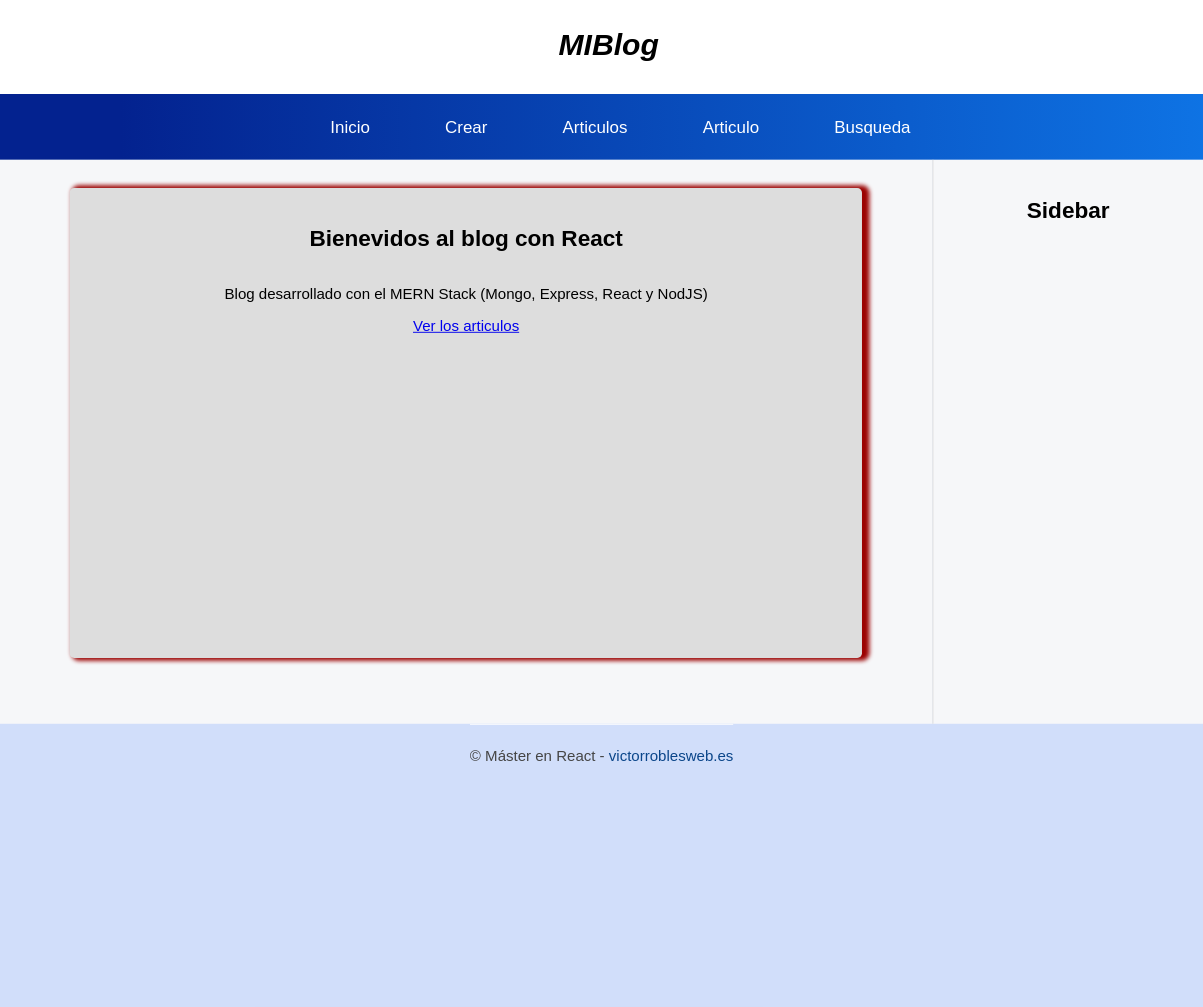
Repository: DamianBermudez94/frondEnd-blog
Page: /
The author's editor kept a copy of each file at every save. The page is drawn from the files as they stood at one save, then again after the next save.
The browser window is 1280 px wide. The pictures show the whole page, at 94% of full size.
The project was rebuilt for these pictures with package versions that can differ from the ones it lists, and the page was loaded fresh each time. Also part of the build but not shown: vite.config.js, src/components/pages/Busqueda.jsx, src/components/pages/Crear.jsx, src/components/pages/Articulos.jsx, src/components/pages/Articulo.jsx.

Above is the page before, as saved 2023-08-07 23:00:44.

### index.html
<!doctype html>
<html lang="es">
  <head>
    <meta charset="UTF-8" />
    <link rel="icon" type="image/svg+xml" href="/vite.svg" />
    <meta name="viewport" content="width=device-width, initial-scale=1.0" />
    <title>Proyecto-blog</title>
  </head>
  <body>
    <div id="root"></div>
    <script type="module" src="/src/main.jsx"></script>
  </body>
</html>

### src/main.jsx

import ReactDOM from 'react-dom/client'
import App from './App.jsx'
import './index.css'

ReactDOM.createRoot(document.getElementById('root')).render(

    <App />

)

### src/App.jsx
import { Rutas } from "./router/rutas"



function App() {


  return (
    <div className="layout">
      <Rutas></Rutas>
    </div>
  )
}

export default App

### src/index.css
/*:root {
  font-family: Inter, system-ui, Avenir, Helvetica, Arial, sans-serif;
  line-height: 1.5;
  font-weight: 400;

  color-scheme: light dark;
  color: rgba(255, 255, 255, 0.87);
  background-color: #242424;

  font-synthesis: none;
  text-rendering: optimizeLegibility;
  -webkit-font-smoothing: antialiased;
  -moz-osx-font-smoothing: grayscale;
  -webkit-text-size-adjust: 100%;
}

a {
  font-weight: 500;
  color: #646cff;
  text-decoration: inherit;
}
a:hover {
  color: #535bf2;
}

body {
  margin: 0;
  display: flex;
  place-items: center;
  min-width: 320px;
  min-height: 100vh;
}

h1 {
  font-size: 3.2em;
  line-height: 1.1;
}

button {
  border-radius: 8px;
  border: 1px solid transparent;
  padding: 0.6em 1.2em;
  font-size: 1em;
  font-weight: 500;
  font-family: inherit;
  background-color: #1a1a1a;
  cursor: pointer;
  transition: border-color 0.25s;
}
button:hover {
  border-color: #000bdb;
}
button:focus,
button:focus-visible {
  outline: 4px auto -webkit-focus-ring-color;
}

@media (prefers-color-scheme: light) {
  :root {
    color: #213547;
    background-color: #ffffff;
  }
  a:hover {
    color: #000dff;
  }
  button {
    background-color: #f9f9f9;
  }
}*/


/*ESTILOS GENERALES*/

body{
  background: #d1defa;
  font-family: sans-serif, Arial, Helvetica;
  text-align: center;
  padding: 0px;
  margin: 0px;
  box-sizing: border-box;

}

.layout{
  display: grid;
  grid-template-areas:
      "header header header header"
      "nav nav nav nav"
      "content content content lateral"
      "footer footer footer footer"
  ;
  grid-template-rows: 100px 70px auto 70px;
}

/*ESTILOS CABECERA*/

.header{
  grid-area: header;
  width: 100%;
  background: white;
  text-align: left;
  font-style: italic;

  display: flex;
  justify-content: center;
}



.header h1{
  margin-left: 15px;
  margin-top: 30px;
}

/*ESTILOS DE LA BARRA DE NAVEGACIÓN*/

.nav{
  grid-area: nav;
  background: linear-gradient(90deg, #03228f 10%, #0e73e4 100%);
}

.nav > ul {
  display: flex;
  justify-content: center;
  align-items: center;
  list-style: none;
}

.nav li{
  padding: 10px;
}

.nav a {
  display: block;
  margin-left: 30px;
  margin-right: 30px;
  font-size: 18px;
  font-weight: lighter;
  color: white;
  text-decoration: none;
  transition: all 300ms;
}

.nav a:hover{
  transform: scale(1.1, 1.1);
}

/*ESTILOS PARA EL CONTENIDO PRINCIPAL*/

.content{
  height: 600px;
  grid-area: content;
  background: #f6f7f9;
  display: flex;
  flex-flow: row wrap;
  justify-content: flex-start;
  align-items: flex-start;
  flex-grow: 1;
}
.jumbo{
  width: 85%;
  height: 80%;
  padding-top: 20px;
  display: flex;
  background-color: #ddd;
  align-items: center;
  flex-direction: column;
  border-radius: 5px;
  box-shadow: 5px 0 5px 3px #9b0202;
  margin: 30px auto;
}
.articulo-item{
  flex-grow: 1;
  background: white;
  border-radius: 10px;
  box-shadow: 0px 0px 6px #ddd;
  margin: 20px;
  padding-top: 60px;
  padding-bottom: 60px;
  padding-left: 25px;
  padding-right: 25px;
}
.articulo-item .edit{
  margin-right: 7px;
}
button,
input[type="submit"],
input[type="button"]{
  width: 100px;
  background: #0b70e1;
  color: white;
  border: 0;
  outline: 0;
  padding:15px;
  border-radius: 3px;
  margin-top:15px;
  text-transform: capitalize;
  font-size: 16px;
  font-weight: 500;
  cursor: pointer;
  transition: all 300ms;
}

.articulo-item .edit:hover{
  background: #e77b00;
}

.articulo-item .delete:hover{
  background: #9b0202;
}

/*ESTILOS BARRA LATERAL*/

.lateral{
  grid-area: lateral;
  background: #f6f7f9;
  border-left: 1px solid #ddd;
  padding: 20px;
}

.lateral > div{
  box-sizing: border-box;
  width: 90%;
  margin: 20px;
  padding: 20px;
  padding-top: 10px;
  background: white;
  border-radius: 10px;
  box-shadow: 0px 0px 6px #ddd;
}

.lateral input[type="text"],
.lateral input[type="text"],
.lateral textarea,
.edit_form input[type="text"],
.edit_form input[type="text"],
.edit_form textarea
{
  display: block;
  margin: 0 auto;
  margin-top: 15px;
  padding: 12px;
  border-radius: 5px;
  background: #f6f7f9;
  color: #454545;
  width: 80%;
  max-width: 250px;
  min-width: 250px;
  min-height: 30px;
  max-height: 250px;
  opacity: 4;
  outline: 0;
  border-color: transparent;
}
.no-encontrado{
  color: #9b0202;
}
.edit_form{
  border-top: 1px solid #ddd;
  margin-top: 10px;
}

/*ESTILOS PARA EL PIE DE PÁGINA*/
.footer{
  height: 300px;
  grid-area: footer;
  margin: 0 auto;
  background: #d1defa;
  color: #454545;
  border-top: 1px solid white;

  line-height: 68px;

}

.footer a{
  color: #0b468a;
  text-decoration: none;
}

@media (max-width: 1085px){
  .content {
      flex-flow: column wrap;
      justify-content: center;
      align-items: center;
  }

  .articulo-item{
      width: 80%;
  }
}

### src/router/rutas.jsx
import React from "react";
import { BrowserRouter, Routes, Route, Navigate } from "react-router-dom";
import { Inicio } from "../components/pages/Inicio";
import { Busqueda } from "../components/pages/Busqueda";
import { Crear } from "../components/pages/Crear";
import Articulos from "../components/pages/Articulos";
import { Articulo } from "../components/pages/Articulo";
import { Header } from "../components/layout/Header";
import { Nav } from "../components/layout/Nav";
import { Footer } from "../components/layout/Footer";
import { Sidebar } from "../components/layout/Sidebar";


export const Rutas = ()=>{

    return(

        <BrowserRouter>
            {/*Layout*/}
            <Header></Header>
            <Nav></Nav>
            {/*Contenido principal y rutas*/}
            <section id="content" className="content">
                <Routes>
                    <Route path="/" element={<Inicio/>}/>
                    <Route path="/inicio" element={<Inicio/>}/>
                    <Route path="/busqueda" element={<Busqueda/>}/>
                    <Route path="/crear" element={<Crear/>}/>
                    <Route path="/articulos" element={<Articulos/>}/>
                    <Route path="/articulo" element={<Articulo/>}/>
                </Routes>
            </section>
            <Sidebar/>
            <Footer></Footer>
        </BrowserRouter>

    )

}

### src/components/pages/Inicio.jsx
import React from 'react'
import { Link } from 'react-router-dom'

export const Inicio = () => {
  return (
    <div className='jumbo'>
        <h1>Bienevidos al blog con React</h1>
        <p>Blog desarrollado con el MERN Stack (Mongo, Express, React y NodJS)</p>
        <Link to="/articulos" className='button'>Ver los articulos</Link>

    </div>
  )
}

### src/components/layout/Header.jsx
import React from 'react'

export const Header = () => {
  return (

         <header className="header">
            <h1>MIBlog</h1>
        </header>

  )
}

### src/components/layout/Nav.jsx
import React from 'react'
import { NavLink } from 'react-router-dom'

export const Nav = () => {
  return (

           <nav className="nav">
            <ul>
                <li><NavLink to="/#">Inicio</NavLink></li>
                <li><NavLink to="/crear">Crear</NavLink></li>
                <li><NavLink to="/articulos">Articulos</NavLink></li>
                <li><NavLink to="/articulo">Articulo</NavLink></li>
                <li><NavLink to="/busqueda">Busqueda</NavLink></li>

            </ul>
        </nav>

  )
}

### src/components/layout/Footer.jsx
import React from 'react'

export const Footer = () => {
  return (

         <footer className="footer">
            &copy; Máster en React - <a href="https://victorroblesweb.es">victorroblesweb.es</a>
        </footer>

  )
}

### src/components/layout/Sidebar.jsx
import React from 'react'

export const Sidebar = () => {
  return (
        <aside className="lateral">

            <h1>Sidebar</h1>

        </aside>

  )
}

After the next save:
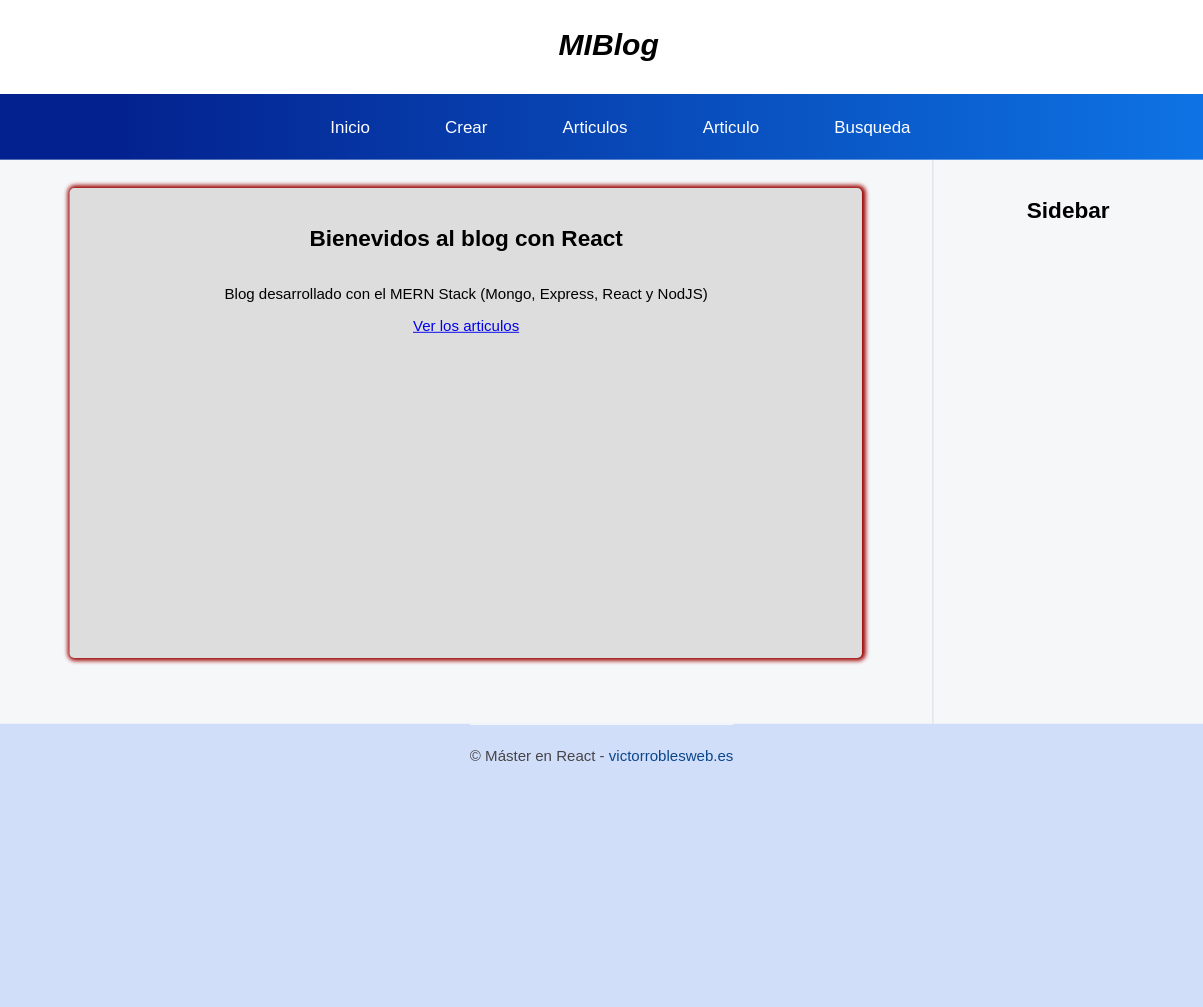
Saved 5 s later.
--- a/src/index.css
+++ b/src/index.css
@@ -166,7 +166,7 @@ body{
   align-items: center;
   flex-direction: column;
   border-radius: 5px;
-  box-shadow: 5px 0 5px 3px #9b0202;
+  box-shadow: 1px 0 5px 3px #9b0202;
   margin: 30px auto;
 }
 .articulo-item{
